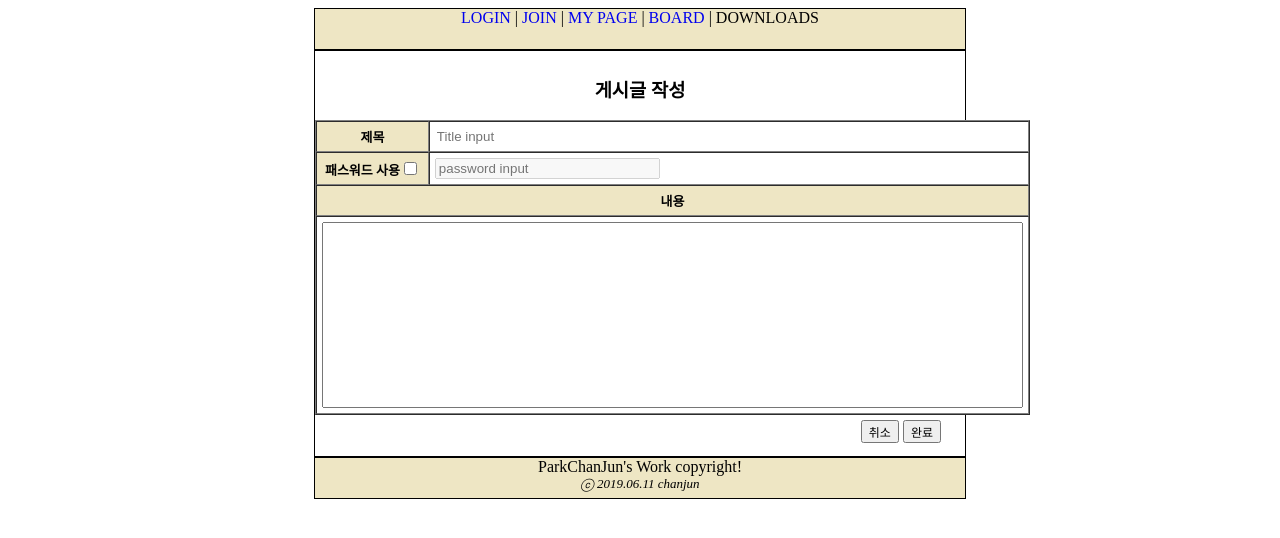
Repository: slolee/Spring-Board
Page: http://localhost/spring_project/WEB-INF/views/board/writeView.jsp
These files come from the project's save history. The page is drawn as it stood at one moment and after the next save; the edit follows.
The browser window is 1280 px wide. The pictures show the whole page.
The page is served by Tomcat 9. Nobody is signed in. Other server files are loaded and not shown. The template is opened directly, without the code that normally fills it, so the values that code supplies are empty.

Above is the page before, as saved 2019-06-17 02:34:38.

### spring_project/src/main/webapp/WEB-INF/views/board/writeView.jsp
<%@ page language="java" contentType="text/html; charset=UTF-8"
    pageEncoding="UTF-8"%>
<%@ taglib prefix="c" uri="http://java.sun.com/jsp/jstl/core" %>
<jsp:include page="../layout/header.jsp">
	<jsp:param name="title" value="Board Page!"/>
</jsp:include>

<script type="text/javascript">
	var checked = false;

	function checkbox_click(){
		if(checked){
			var textfield = document.getElementById("pw_input");
			textfield.disabled = true;
			checked = false;
		}else{
			var textfield = document.getElementById("pw_input");
			textfield.disabled = false;
			checked = true;
		}
	}
</script>

<h3>게시글 작성</h3>
<form action="writeLogic.do" method="post">
	<table border=1 cellpadding="5" cellspacing="0" align="center" width="640px" higth="400px">
		<tr>
			<th><font size="2px">제목</font></th>
			<td>
				<input type="text" name="title" placeholder="Title input" maxlength="150" size="67" style="border:0px;" required>
			</td>
		</tr>
		<tr>
			<th><font size="2px">패스워드 사용</font><input type="checkbox" name="pw_check" onclick="checkbox_click()"></th>
			<td>
				<input type="password" name="pw" id="pw_input" placeholder="password input" maxlength="20" size="25" disabled required>
			</td>
		</tr>

		<tr>
			<th colspan="2"><font size="2px">내용</font></th>
		</tr>

		<tr>
			<td colspan="2">
				<textarea rows="12" cols="85" name="context" style="resize:none;" required></textarea>
			</td>
		</tr>
	</table>
	<div align="right" style="margin-top:5px;">
		<input type="button" value="취소" onclick="location.href='boardView.do'">
		<input type="submit" value="완료">
		&nbsp;&nbsp;&nbsp;&nbsp;&nbsp;
	</div>
</form>


<%@ include file = "../layout/footer.jsp" %>

### spring_project/src/main/webapp/WEB-INF/views/layout/footer.jsp
<%@ page language="java" contentType="text/html; charset=UTF-8"
    pageEncoding="UTF-8"%>
		</div>
		<div id="footer" align="center">
			ParkChanJun's Work copyright! <br>
			<i><font size="2">ⓒ 2019.06.11 chanjun</font></i>
		</div>
	</div>
</body>
</html>

### spring_project/src/main/webapp/WEB-INF/views/layout/header.jsp
<%@ page language="java" contentType="text/html; charset=UTF-8"
    pageEncoding="UTF-8"%>
<%@ taglib prefix="c" uri="http://java.sun.com/jsp/jstl/core" %>
<%
	request.setCharacterEncoding("UTF-8");
	String title = request.getParameter("title");
	if(title == null)
		title = "My Homepage";
%>
<!DOCTYPE html PUBLIC "-//W3C//DTD HTML 4.01 Transitional//EN" "http://www.w3.org/TR/html4/loose.dtd">
<html>
<head>
	<meta http-equiv="Content-Type" content="text/html; charset=UTF-8">
	<title><%= title %></title>
	<style>
		#header, #footer{
			background-color: #EEE6C4;
			font-family: "HY울릉도M";
			border: 1px solid black;
			width: 650px;
			height: 40px;
		}
		#main{
			border: 1px solid black;
			width: 650px;
			min-height: 400px;
			padding-top: 5px;
		}
		a{
			text-decoration: none;
		}

		input[type=button], input[type=submit], input[type=reset]{
			font-size: 9pt;
		}

		th{
			background-color: #EEE6C4;
		}

		td{
			background-color: #FFFFFF;
		}

	</style>
</head>
<body>
	<div align="center">
		<div id="header" align="center">
			<c:choose>
				<c:when test="${ sessionScope.login_id == null }">
					<a href="loginView.do">LOGIN</a> |
					<a href="joinView.do">JOIN</a> |
				</c:when>
				<c:otherwise>
					${ sessionScope.login_nickname } |
					<a href="logoutLogic.do">LOGOUT</a> |
				</c:otherwise>
			</c:choose>

			<a href="mypageView.do">MY PAGE</a> |
			<a href="boardView.do">BOARD</a> |
			DOWNLOADS
		</div>
		<div id="main" align="center">

After the next save:
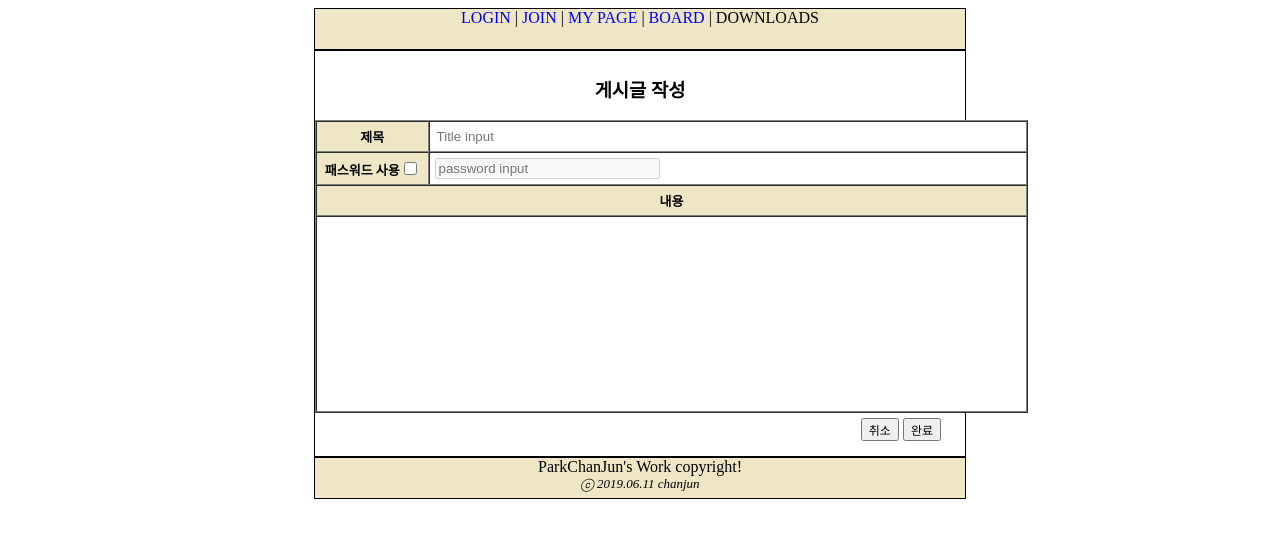
Saved 82 s later.
--- a/spring_project/src/main/webapp/WEB-INF/views/layout/header.jsp
+++ b/spring_project/src/main/webapp/WEB-INF/views/layout/header.jsp
@@ -34,6 +34,10 @@
 			font-size: 9pt;
 		}
 
+		input[type="text"], textarea{
+			border: 0px;
+		}
+
 		th{
 			background-color: #EEE6C4;
 		}
